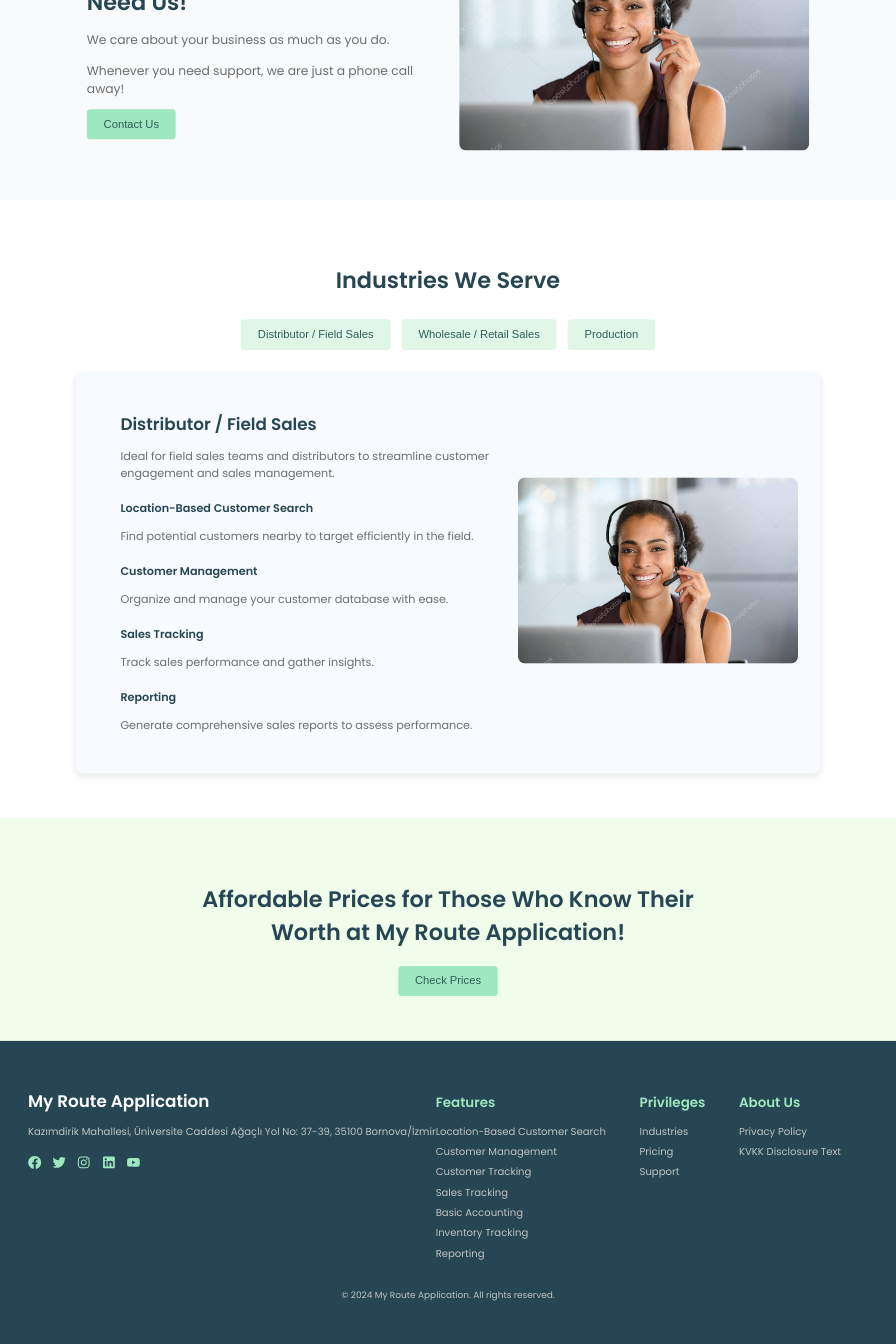
Repository: senolinanyasar/myrouteapplication
Page: /pricing
An editor plug-in stored every save of this project. The page is shown before and after the next save, followed by the edit.
The browser window is 1280 px wide. The pictures show the part of the page from y = 2360 to 4280 px (the page is 4280 px tall), at 70% of full size.
The project was rebuilt for these pictures with package versions that can differ from the ones it lists, and the page was loaded fresh each time. Also part of the build but not shown: vite.config.js.

Above is the page before, as saved 2024-11-15 17:58:13.

### src/index.css
@import url('https://fonts.googleapis.com/css2?family=Poppins:wght@400;600&display=swap');

body {
  font-family: 'Poppins', sans-serif;
  color: #264653;
  background-color: #f1faee;
  margin: 0;
  padding: 0;
  box-sizing: border-box;
}

code {
  font-family: source-code-pro, Menlo, Monaco, Consolas, 'Courier New',
    monospace;
}

### src/App.js
import React from 'react';
import HomePage from './components/HomePage';

function App() {
  return (
    <div className="App">
      <HomePage/>
    </div>
  );
}

export default App;

### src/components/HomePage.js
// HomePage.js
import React from 'react';
import TopBar from './TopBar';
import Header from './Header';
import HeroSection from './HeroSection';
import FeaturesSection from './FeaturesSection';
import PricingSection from './PricingSection';
import SupportSection from './SupportSection';
import IndustriesTab from './IndustriesTab';
import Footer from './Footer';

const HomePage = () => {
    return (
        <div>
            <TopBar />
            <Header />
            <HeroSection />
            <FeaturesSection />
            <SupportSection />
            <IndustriesTab />
            <PricingSection />
            <Footer />
        </div>
    );
};

export default HomePage;

### src/components/TopBar.js
// TopBar.js
import React from 'react';
import './TopBar.css';

const TopBar = () => {
    return (
        <div className="top-bar">
            <div className="top-bar-content">
                <span>Help</span>
                <span>0232 323 3223</span>
                <a href="#contact">Contact</a>
            </div>
        </div>
    );
};

export default TopBar;

### src/components/Header.js
// Header.js
import React from 'react';
import './Header.css';

const Header = () => {
    return(
        <header className="header">
            <div className="header-logo">logo</div>
            <nav className="header-nav">
                <a href="#features">Features</a>
                <a href="#industries">Industries</a>
                <a href="#pricing">Price</a>
                <a href="#about">About Us</a>
                <a href='#contact'>Contact</a>
            </nav>
            <div className="header-buttons">
                <button className="login-button">Sing in</button>
                <button className="register-button">Sing Up</button>
            </div>
        </header>
    );
};


export default Header;

### src/components/HeroSection.js
// HeroSection.js
import React from 'react';
import './HeroSection.css';
import herosectionimage from '../images/hero1.webp';

const HeroSection = () =>{
    return(
        <section className="hero">
            <div className='hero-content'>
                <div className='hero-text'>
                    <h2>Customer Finding and Account Management Application Coming from the Heart of Commerce</h2>
                    <p>Increase your sales by finding your customers quickly.</p>
                    <button className='cta-button'>Let's Get it</button>
                </div>
                <div className='hero-image'>
                    <img src={herosectionimage} alt="Hero"/>
                </div>
            </div>
        </section>
    );
};

export default HeroSection;

### src/components/FeaturesSection.js
// FeaturesSection.js
import React from 'react';
import './FeaturesSection.css';
import locationImage from '../images/location.jpg';

const FeaturesSection = () => {
    return (
        <section className="features-section">
            <h2 className='features-title'>Everything You Need <br /> in One Application</h2>
            <div className='feature'>
                <div className='feature-text'>
                    <h3>Finding customers is now very easy!</h3>
                    <p>Expand your market by quickly finding customers in the sector you sell to with our location finder plugin</p>

                <button className='cta-button'>Detail</button>
            </div>
            <div className='feature-image'>
            <img src={locationImage} alt="Location Feature" />
            </div>
            </div>

            <div className='feature'>
                <div className='feature-text'>
                    <h3>Finding customers is now very easy!</h3>
                    <p>Expand your market by quickly finding customers in the sector you sell to with our location finder plugin</p>

                <button className='cta-button'>Detail</button>
            </div>
            <div className='feature-image'>
            <img src={locationImage} alt="Location Feature" />
            </div>
            </div>
            <div className='feature'>
                <div className='feature-text'>
                    <h3>Finding customers is now very easy!</h3>
                    <p>Expand your market by quickly finding customers in the sector you sell to with our location finder plugin</p>

                <button className='cta-button'>Detail</button>
            </div>
            <div className='feature-image'>
            <img src={locationImage} alt="Location Feature" />
            </div>
            </div>
            <div className='feature'>
                <div className='feature-text'>
                    <h3>Finding customers is now very easy!</h3>
                    <p>Expand your market by quickly finding customers in the sector you sell to with our location finder plugin</p>

                <button className='cta-button'>Detail</button>
            </div>
            <div className='feature-image'>
            <img src={locationImage} alt="Location Feature" />
            </div>
            </div>
        </section>
    );
};

export default FeaturesSection;

### src/components/PricingSection.js
// PricingSection.js
import React from "react";
import './PricingSection.css';

const PricingSection = () => {
    return (
        <section className="pricin-section">
          <div className="price-content">
          <h2>Affordable Prices for Those Who Know Their Worth at My Route Application!</h2>
          <button className="cta-button">Check Prices</button>
          </div>
      </section>
    );
};

export default PricingSection;

### src/components/SupportSection.js
//SupportSection.js
import React from "react";
import './SupportSection.css';
import supportImage from '../images/supportimage.jpg';


const SupportSection = () =>{
    return (
        <section className="support-section">
            <div className="support-content">
                <div className="support-text">
                <h2>We're Here for You When You Need Us!</h2>
          <p>We care about your business as much as you do.</p>
          <p>Whenever you need support, we are just a phone call away!</p>
          <button className="cta-button">Contact Us</button>
                </div>
                <div className="support-image">
                <img src={supportImage} alt="Support Team" />
                </div>
            </div>
        </section>
    );
};

export default SupportSection;

### src/components/IndustriesTab.js
// IndustriesTab.js
import React, { useState } from "react";
import './IndustriesTab.css';
import distributorImage from '../images/supportimage.jpg'
import wholesaleImage from '../images/supportimage.jpg'
import productionImage from '../images/supportimage.jpg'




const industriesContent = {
    distributorFieldSales: {
        title: "Distributor / Field Sales",
        description: "Ideal for field sales teams and distributors to streamline customer engagement and sales management.",
        image: distributorImage,
        features: [
            { title: "Location-Based Customer Search", text: "Find potential customers nearby to target efficiently in the field." },
            { title: "Customer Management", text: "Organize and manage your customer database with ease." },
            { title: "Sales Tracking", text: "Track sales performance and gather insights." },
            { title: "Reporting", text: "Generate comprehensive sales reports to assess performance." }
        ]
    },
    wholesaleRetail: {
        title: "Wholesale / Retail Sales",
        description: "Designed for wholesale and retail businesses to manage inventory and customer interactions seamlessly.",
        image: wholesaleImage,
        features: [
            { title: "Customer Management", text: "Maintain customer profiles and track interactions." },
            { title: "Inventory Tracking", text: "Keep accurate inventory records and prevent stock issues." },
            { title: "Sales Tracking", text: "Monitor sales across retail and wholesale channels." },
            { title: "Basic Accounting", text: "Manage finances and transactions for better accounting." },
            { title: "Reporting", text: "Generate sales and stock reports to optimize operations." }
        ]

    },
    production: {
        title: "Production",
        description: "Perfect for manufacturing businesses to manage stock and production-related customer needs.",
        image: productionImage,
        features: [
            { title: "Inventory Tracking", text: "Track raw materials and finished goods efficiently." },
            { title: "Customer Management", text: "Organize customer details for efficient order processing." },
            { title: "Basic Accounting", text: "Handle finances and basic bookkeeping." },
            { title: "Reporting", text: "Generate production and sales reports for operational insights." }
        ]
    }
};


const IndustriesTab = () => {
    const [activeTab, setActiveTab] = useState("distributorFieldSales");
    const handleTabChange = (tab) => {
        setActiveTab(tab);
    };

    const { title, description, image, features } = industriesContent[activeTab];
    return (
        <section className="industries-tab">
            <h2 className="tabs-title">Industries We Serve</h2>
            <div className="tabs-buttons">
                <button onClick={() => handleTabChange("distributorFieldSales")}>Distributor / Field Sales</button>
                <button onClick={() => handleTabChange("wholesaleRetail")}>Wholesale / Retail Sales</button>
                <button onClick={() => handleTabChange("production")}>Production</button>
            </div>
            <div className="tabs-content">
                <div className="tabs-text">
                    <h3>{title}</h3>
                    <p>{description}</p>
                    {features.map((feature,index)=> (
                        <div key={index} className="tabs-feature">
                            <strong>{feature.title}</strong>
                            <p>{feature.text}</p>
                            </div>
                    ))}
                </div>
                <div className="tabs-image">
                    <img src={image} alt={title}/>
                </div>
            </div>
        </section>
    );
};

export default IndustriesTab;

### src/components/Footer.js
// Footer.js

import React from 'react';
import './Footer.css';
import { FaFacebook, FaInstagram, FaLinkedin, FaTwitter, FaYoutube } from 'react-icons/fa';

const Footer = () => {
    return (
        <footer className="footer">
            <div className='footer-content'>
                <div className='footer-left'>
                    <div className='footer-logo'>
                        <h2>My Route Application</h2>
                    </div>
                    <p>Kazımdirik Mahallesi, Üniversite Caddesi Ağaçlı Yol No: 37-39, 35100 Bornova/İzmir</p>
                    <div className='social-icons'>
                        <FaFacebook />
                        <FaTwitter />
                        <FaInstagram />
                        <FaLinkedin />
                        <FaYoutube />
                    </div>
                </div>
                <div className="footer-right">
                    <div className='footer-section'>
                        <h4>Features</h4>
                        <ul>
                            <li>Location-Based Customer Search</li>
                            <li>Customer Management</li>
                            <li>Customer Tracking</li>
                            <li>Sales Tracking</li>
                            <li>Basic Accounting</li>
                            <li>Inventory Tracking</li>
                            <li>Reporting</li>
                        </ul>
                    </div>

                    <div className="footer-section">
                        <h4>Privileges</h4>
                        <ul>
                            <li>Industries</li>
                            <li>Pricing</li>
                            <li>Support</li>
                        </ul>
                    </div>

                    <div className="footer-section">
                        <h4>About Us</h4>
                        <ul>
                            <li>Privacy Policy</li>
                            <li>KVKK Disclosure Text</li>
                        </ul>
                    </div>
                </div>
            </div>

            <div className="footer-bottom">
                <p>&copy; 2024 My Route Application. All rights reserved.</p>
            </div>
        </footer>
    );
};

export default Footer;

### src/components/TopBar.css
/* TopBar.css */

.top-bar {
    background-color: #2f5d5b;
    color: white;
    padding: 0.5rem;
    font-size: 0.9rem;
    display: flex;
    justify-content: center;
    position: fixed;
    top: 0;
    width: 99%;
    z-index: 1000;
}
.top-bar-content {
    display: flex;
    gap: 1rem;
    align-items: center;
    justify-content: flex-end;
    width: 100%;
}

.top-bar-content span{
    color: #ffffff;
}
.top-bar-content a{
    color: #9fe7c0;
    text-decoration: none;
    transition: color 0.3s;
}

.top-bar-content a:hover{
    color: #c3f2d0;
}

### src/components/Header.css
/* Header.css */
.header{
    display: flex;
    justify-content: space-between;
    align-items: center;
    padding: 1rem 2rem;
    background-color: #2f5d5b;
    color: white;
    margin-top: 2rem;
    position: sticky;
    top: 2rem;
    z-index: 999;
}


.header-logo {
    font-size: 1.5rem;
    font-weight: bold;
}
.header-nav a{
    margin: 0 1rem;
    color: white;
    text-decoration: none;
}
.header-nav a:hover {
    color: #e9c46a;
  }

.header-buttons button{
    margin-left: 1rem;
    padding: 0.5rem 1rem;
    border: none;
    border-radius: 5px;
}

.login-button{
    background-color: #2f5d5b;
    color: white;
}

.register-button{
    background-color: #9fe7c0;
    color: black;
}

### src/components/HeroSection.css
.hero {
    padding: 4rem 2rem;
    background-color: #2f5d5b;
    color: white;

}

.hero-content {
    display: flex;
    align-items: center;
    justify-content: space-between;
    max-width: 1000px;
    margin: 0 auto;
}

.hero-text {
    flex: 1;
    margin-right: 2rem;
}

.hero h2 {
    font-size: 2.5rem;
    margin-bottom: 1rem;

}

.hero p {
    font-size: 1.2rem;
    margin-bottom: 2rem;

}

.cta-button {
    padding: 0.8rem 1.5rem;
    font-size: 1rem;
    color: #2f5d5b;
    background-color: #9fe7c0;
    border: none;
    border-radius: 5px;
    cursor: pointer;
    transition: background-color 0.3s ease;
}

.cta-button:hover {
    background-color: #c3f2d0;
}

.hero-image {
    flex: 1;
    max-width: 500px;
    height: auto;

}

.hero-image img {
    width: 100%;
    height: auto;
    object-fit: cover;
    border-radius: 10px;
}

### src/components/FeaturesSection.css
/* FeaturesSection.css */
.features-section {
    padding: 4rem 2rem;
    text-align: center;
}

.features-title {
    font-size: 2rem;
    font-weight: 600;
    color: #264653;
    margin-bottom: 3rem;
    line-height: 1.2;
}



.feature {
    display: flex;
    align-items: center;
    justify-content: center;
    gap: 2rem;
    margin-bottom: 4rem;
    flex-direction: row;
}

.feature:nth-child(even) {
    flex-direction: row-reverse;
}

.feature-text {
    flex: 1;
    max-width: 500px;
    text-align: left;
}

.features h3 {
    font-size: 1.8rem;
    font-weight: 600;
    color: #264653;
    margin-bottom: 1rem;
}

.feature-text p {
    font-size: 1.1rem;
    color: #6d6d6d;
    margin-bottom: 1.5rem;
}

.cta-button {
    padding: 0.8rem 1.5rem;
    font-size: 1rem;
    color: #2f5d5b;
    background-color: #9fe7c0;
    border: none;
    border-radius: 5px;
    cursor: pointer;
    transition: background-color 0.3s ease;
    text-align: center;
}

.cta-button:hover {
    background-color: #c3f2d0;
}

.feature-image {
    flex: 1;
    max-width: 400px;
    height: auto;
}

.feature-image img {
    width: 100%;
    height: auto;
    object-fit: cover;
    border-radius: 10px;
}

### src/components/PricingSection.css
/* PricingSection.css */

.pricin-section{
    background-color: #f0fdeb;
    padding: 4rem 2rem;
    text-align: center;
}
.price-content{
    max-width: 800px;
    margin:  0 auto;
}

.price-content h2{
    font-size: 2rem;
    font-weight: 600;
    color: #264653;
    margin-bottom: 1.5rem;
}

.cta-button {
    padding: 0.8rem 1.5rem;
    font-size: 1rem;
    color: #2f5d5b;
    background-color: #9fe7c0;
    border: none;
    border-radius: 5px;
    cursor: pointer;
    transition: background-color 0.3s ease;
  }

  .cta-button:hover {
    background-color: #c3f2d0;
  }

### src/components/SupportSection.css
/*SupportSection.css */
.support-section{
    background-color: #f9fafb;
    padding: 4rem 2rem;
    display: flex;
    justify-content: center;
    align-items: center;
}

.support-content{
    display: flex;
    align-items: center;
    justify-content: space-between;
    max-width: 1200px;
    gap: 2rem;
}

.support-text{
    flex: 1;
    max-width: 500px;
    text-align: left;
}
.support-text h2{
    font-size: 2rem;
    color: #264653;
    margin-bottom: 1rem;
}

.support-text p {
    font-size: 1.1rem;
    color: #6d6d6d;
    margin-bottom: 1rem;
  }

  .cta-button {
    padding: 0.8rem 1.5rem;
    font-size: 1rem;
    color: #2f5d5b;
    background-color: #9fe7c0;
    border: none;
    border-radius: 5px;
    cursor: pointer;
    transition: background-color 0.3s ease;
  }

  .cta-button:hover {
    background-color: #c3f2d0;
  }

  .support-image {
    flex: 1;
    max-width: 500px;
  }

  .support-image img {
    width: 100%;
    height: auto;
    object-fit: cover;
    border-radius: 10px;
  }

### src/components/IndustriesTab.css
/*IndustriesTab */

.industries-tab{
    background-color: #ffffff;
    padding: 4rem 2rem;
    text-align: center;
}

.tabs-title{
    font-size: 2rem;
    font-weight: 600;
    color: #264653;
    margin-bottom: 2rem;
}

.tabs-buttons{
    display: flex;
    justify-content: center;
    gap: 1rem;
    margin-bottom: 2rem;
}

.tabs-buttons button{
    padding: 0.8rem 1.5rem;
    font-size: 1rem;
    color: #2f5d5b;
    background-color: #e0f7e7;
    border: none;
    border-radius: 5px;
    cursor: pointer;
    transition: background-color 0.3s ease;
}

.tabs-buttons button:hover,
.tabs-buttons button:focus{
    background-color: #9fe7c0;
}

.tabs-content{
    display: flex;
    justify-content: space-around;
    align-items: center;
    background-color: #f7faff;
    padding: 2rem;
    border-radius: 10px;
    box-shadow: 0 4px 10px rgba(0, 0, 0, 0.1);
    max-width: 1000px;
    margin:  0 auto;
}

.tabs-text {
    flex: 1;
    text-align: left;
    padding-left: 2rem;
}

.tabs-text h3 {
    font-size: 1.5rem;
    color: #264653;
    margin-bottom: 1rem;
}
.tabs-text p {
    color: #6d6d6d;
    margin-bottom: 1.5rem;
}

.tabs-feature{
    margin-bottom: 1rem;
}

.tabs-feature strong {
    display: block;
    color: #264653;
    margin-bottom: 0.3rem;
}

.tabs-image{
    flex: 1;
    max-width: 400px;
}

.tabs-image img{
    width: 100%;
    height: auto;
    border-radius: 10px;
    object-fit: cover;
}

### src/components/Footer.css
/* Footer.css */

.footer {
    background-color: #264653;
    color: #ffffff;
    padding: 3rem 2rem;
}
.footer-content{
    display: flex;
    max-width: 1200px;
    justify-content: space-around;
    margin: 0 auto;
}

.footerleft{
    flex: 1;
    max-width: 300px;
}

.footer-logo h2{
    font-size: 1.5rem;
    color: #ffffff;
    margin-bottom: 1rem;
}


.footer-left p{
    color: #c3c3c3;
    font-size: 0.9rem;
    margin-bottom: 1.5rem;
}

.social-icons{
    display: flex;
    gap: 1rem;
    font-size: 1.2rem;
}


.social-icons svg{
    color: #9fe7c0;
    cursor: pointer;
    transition: color 0.3s ease;
}
.social-icons svg:hover {
    color: #c3f2d0;
}

.footer-right{
    display: flex;
    gap: 3rem;
    flex: 2;
}

.footer-section{
    text-align: left;
}
.footer-section h4{
    font-size: 1.2rem;
    color: #9fe7c0;
    margin-bottom: 1rem;
}
.footer-section ul{
    list-style: none;
    padding: 0;
    margin: 0;
}

.footer-section ul li{
    font-size: 0.9rem;
    margin-bottom: 0.5rem;
    color: #c3c3c3;
    cursor: pointer;
    transition: color 0.3s ease;
}

.footer-sectionul li:hover{
    color: #ffffff;
}

.footer-bottom{
    text-align: center;
    font-size: 0.8rem;
    color: #c3c3c3;
    margin-top: 2rem;
}

Loaded but not shown: public/index.html (common file); src/index.js (common file); src/reportWebVitals.js (common file)

After the next save:
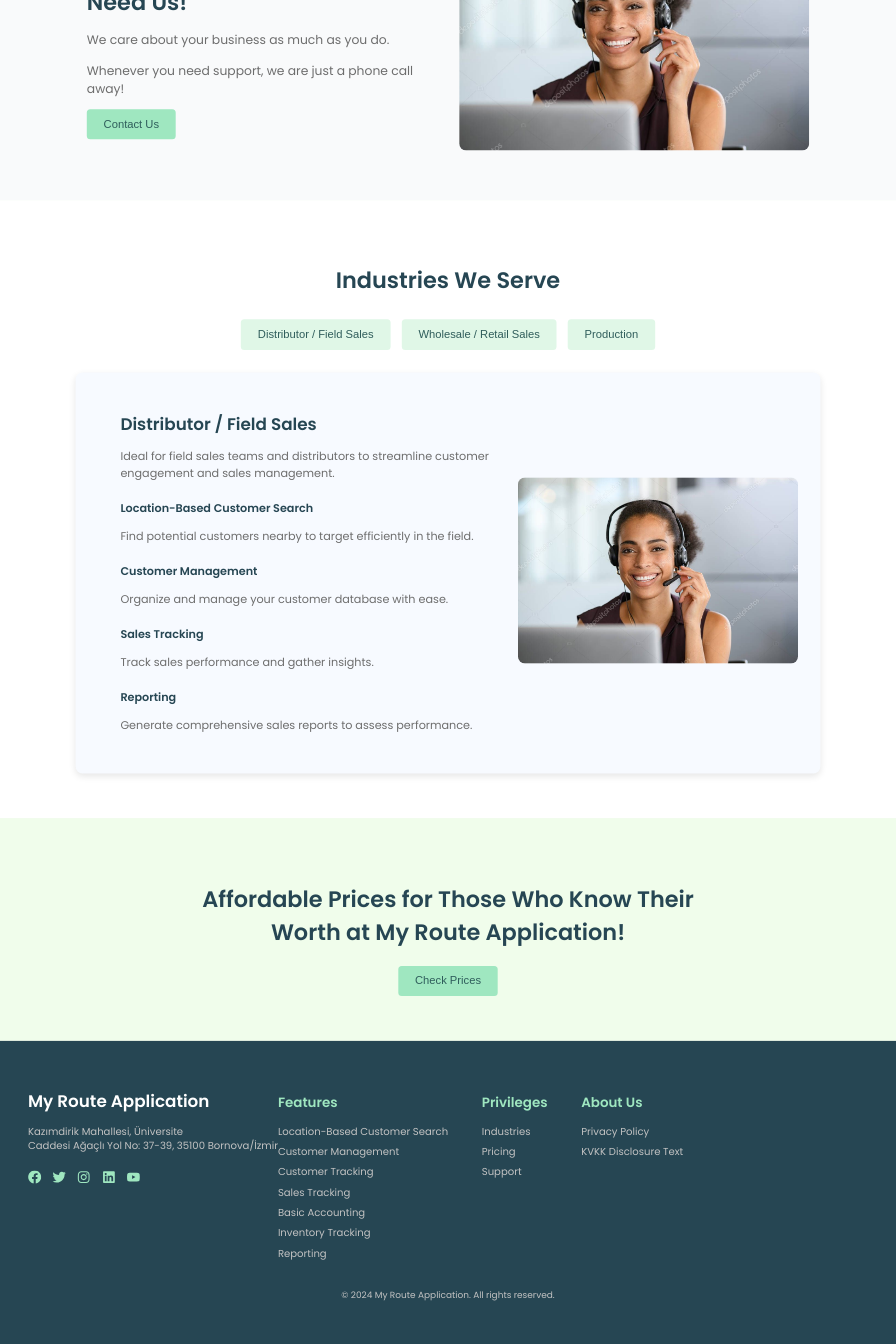
Saved 40 s later.
--- a/src/components/Footer.js
+++ b/src/components/Footer.js
@@ -12,7 +12,7 @@
                     <div className='footer-logo'>
                         <h2>My Route Application</h2>
                     </div>
-                    <p>Kazımdirik Mahallesi, Üniversite Caddesi Ağaçlı Yol No: 37-39, 35100 Bornova/İzmir</p>
+                    <p>Kazımdirik Mahallesi, Üniversite <br />Caddesi Ağaçlı Yol No: 37-39, 35100 Bornova/İzmir</p>
                     <div className='social-icons'>
                         <FaFacebook />
                         <FaTwitter />
